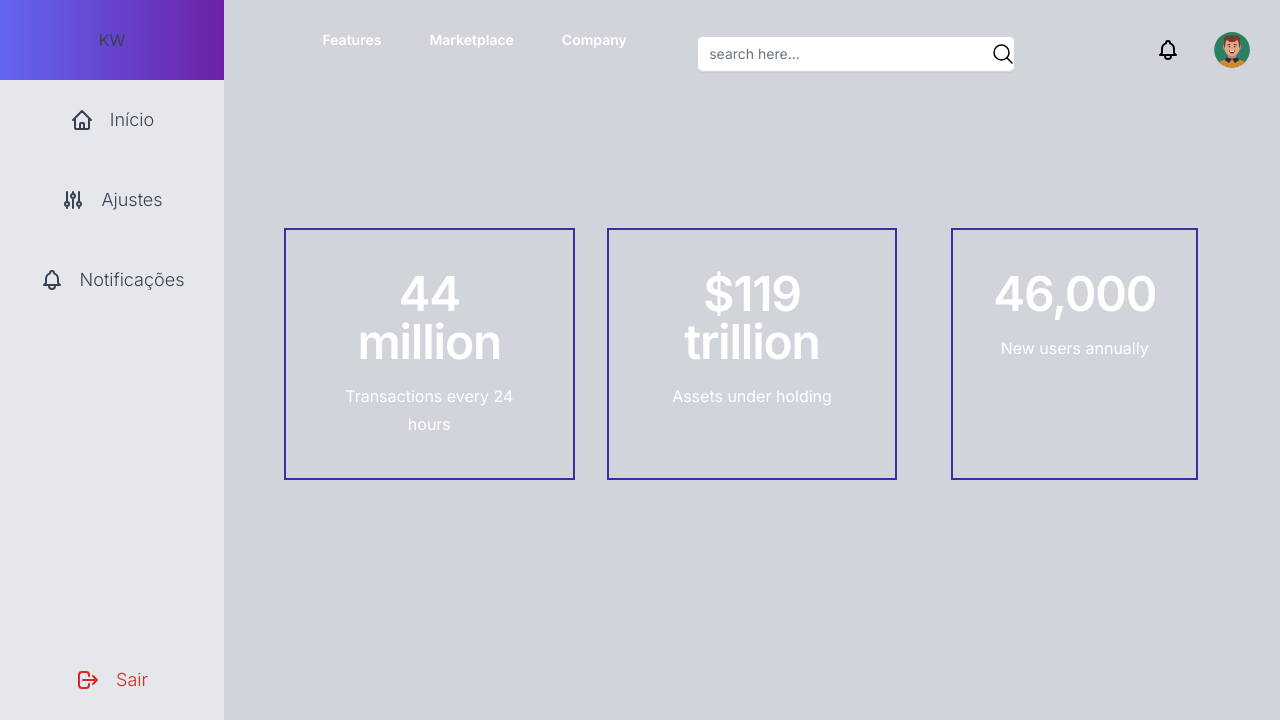
Repository: KennedyWanderson/AdminDashboard
Page: / (app in Code/admindashboard/)
An editor plug-in stored every save of this project. The page is shown before and after the next save, followed by the edit.
The browser window is 1280 px wide. The pictures show the whole page.
The project was rebuilt for these pictures with package versions that can differ from the ones it lists, and the page was loaded fresh each time. The framework's server and built-in components were replaced by stand-ins that run in the browser. Also part of the build but not shown: Code/admindashboard/next.config.mjs.

Above is the page before, as saved 2024-06-23 15:39:56.

After the next save:
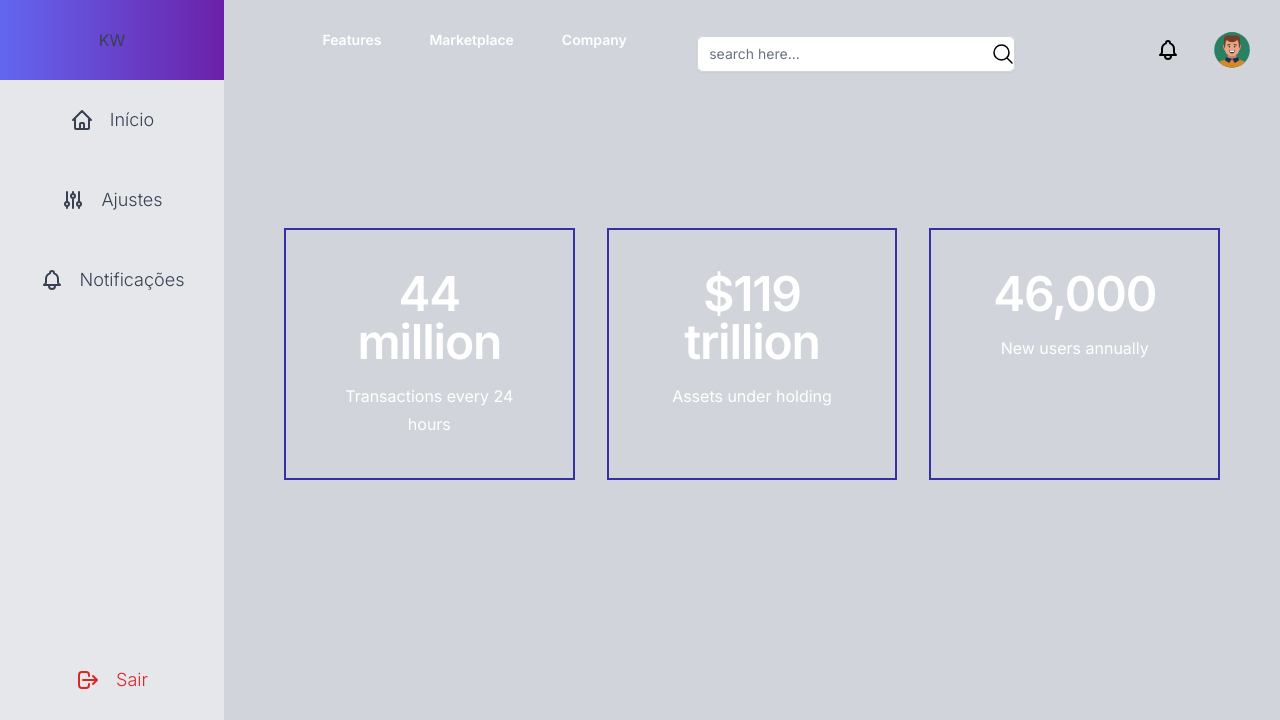
Saved 10 s later.
--- a/Code/admindashboard/src/components/Home.jsx
+++ b/Code/admindashboard/src/components/Home.jsx
@@ -13,7 +13,7 @@ export default function HomePage() {
                         <dt class="text-base leading-7 text-white">Assets under holding</dt>
                         <dd class="order-first text-3xl font-semibold tracking-tight text-white sm:text-5xl">$119 trillion</dd>
                     </div>
-                    <div class="mx-auto flex max-w-xs flex-col border-2 p-10 border-indigo-800 gap-y-4">
+                    <div class="mx-auto flex max-w-xs flex-col w-full border-2 p-10 border-indigo-800 gap-y-4">
                         <dt class="text-base leading-7 text-white">New users annually</dt>
                         <dd class="order-first text-3xl font-semibold tracking-tight text-white sm:text-5xl">46,000</dd>
                     </div>
